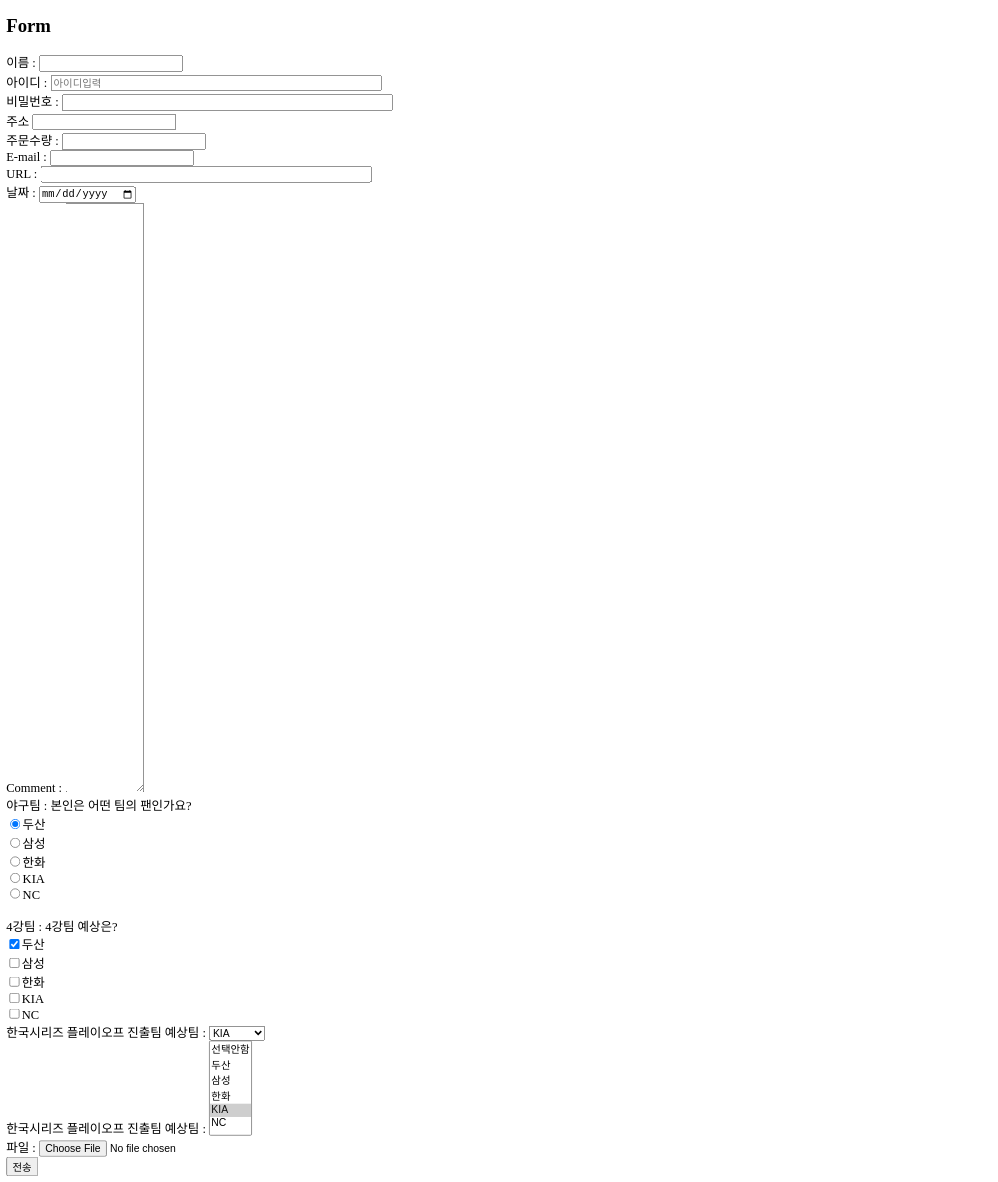
Repository: star-min/jsp_basic
Page: jsp1/web01/src/main/webapp/form.html
An editor plug-in stored every save of this project. The page is shown before and after the next save, followed by the edit.
The browser window is 1280 px wide. The pictures show the whole page, at 78% of full size.

Above is the page before, as saved 2022-04-22 06:04:04.

After the next save:
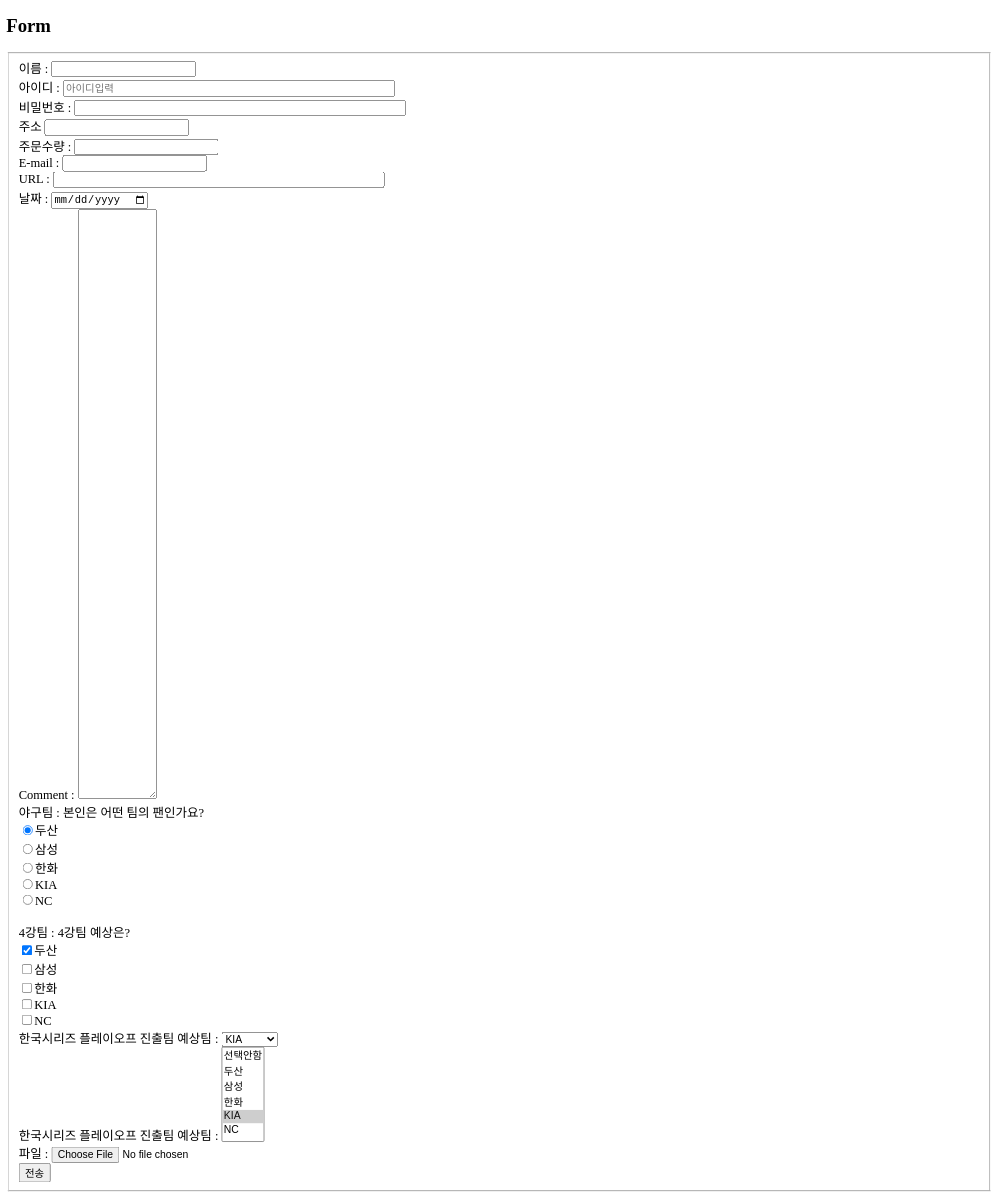
Saved 85 s later.
--- a/jsp1/web01/src/main/webapp/form.html
+++ b/jsp1/web01/src/main/webapp/form.html
@@ -12,7 +12,7 @@
 		<h2>Form</h2>
 	</header>
 	<tbody>
-		<div>
+		<fieldset>
 			<tr>
 				<th><label for="mname">이름 : </label></th>
 				<td>
@@ -137,7 +137,7 @@
 					<input type="submit" value="전송"> &nbsp &nbsp &nbsp
 				</td>
 			</tr>
-		</div>
+		</fieldset>
 	</tbody>
 </body>
 </html>
